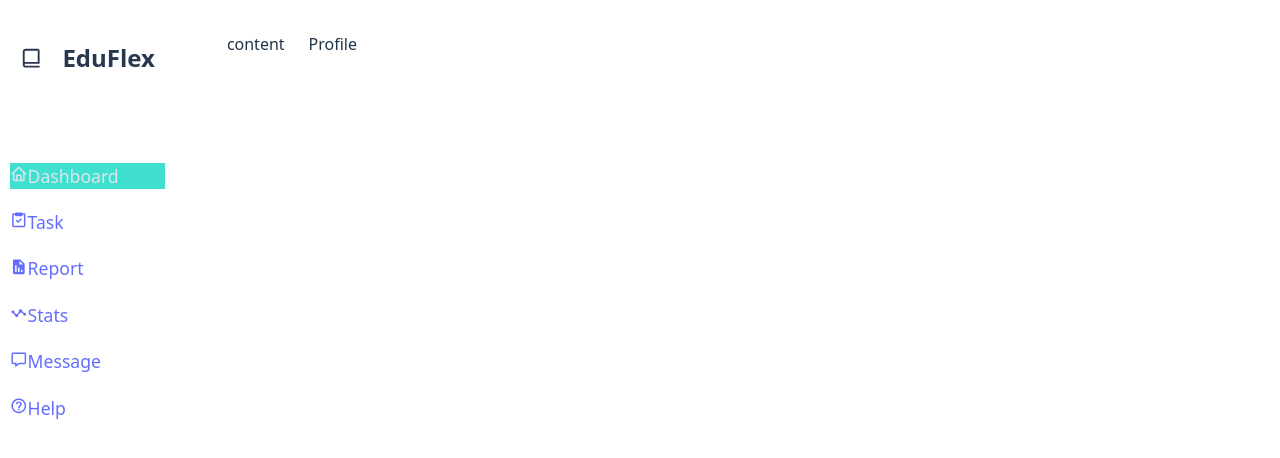
Repository: gogg23/react-dash
Page: /
The author's editor kept a copy of each file at every save. The page is drawn from the files as they stood at one save, then again after the next save.
The browser window is 1280 px wide. The pictures show the whole page.
The pointer rests on the first visible `.menu--items .item`.
The project was rebuilt for these pictures with package versions that can differ from the ones it lists, and the page was loaded fresh each time. Also part of the build but not shown: vite.config.js.

Above is the page before, as saved 2025-03-22 14:32:42.

After the next save:
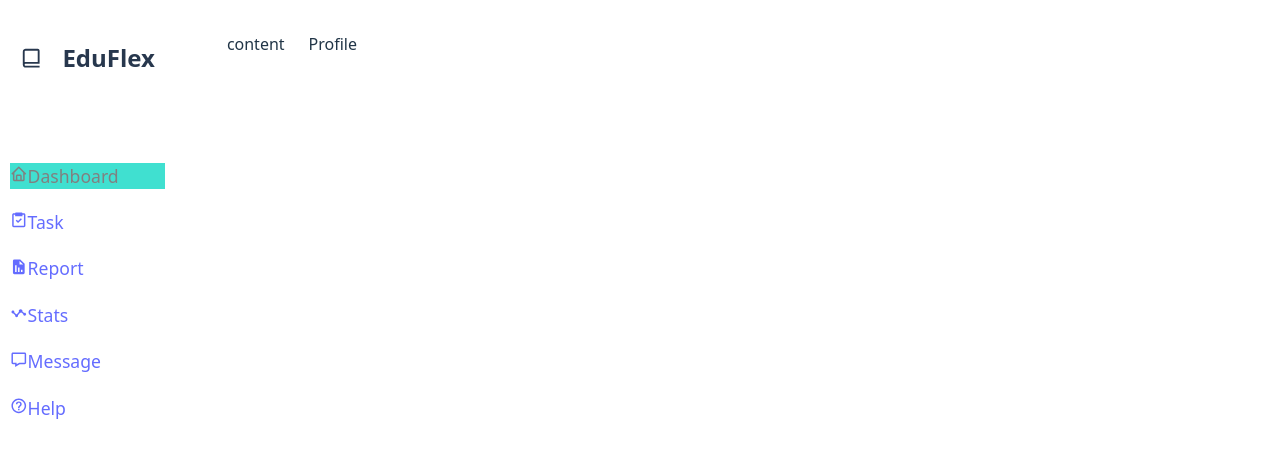
Saved 55 s later.
--- a/src/styles/sidebar.css
+++ b/src/styles/sidebar.css
@@ -47,5 +47,5 @@
 /* Menu item hover effect */
 .menu--items .item:hover {
   background-color: turquoise;
-  color: #dde6ed;
+  color: #808080;
 }
